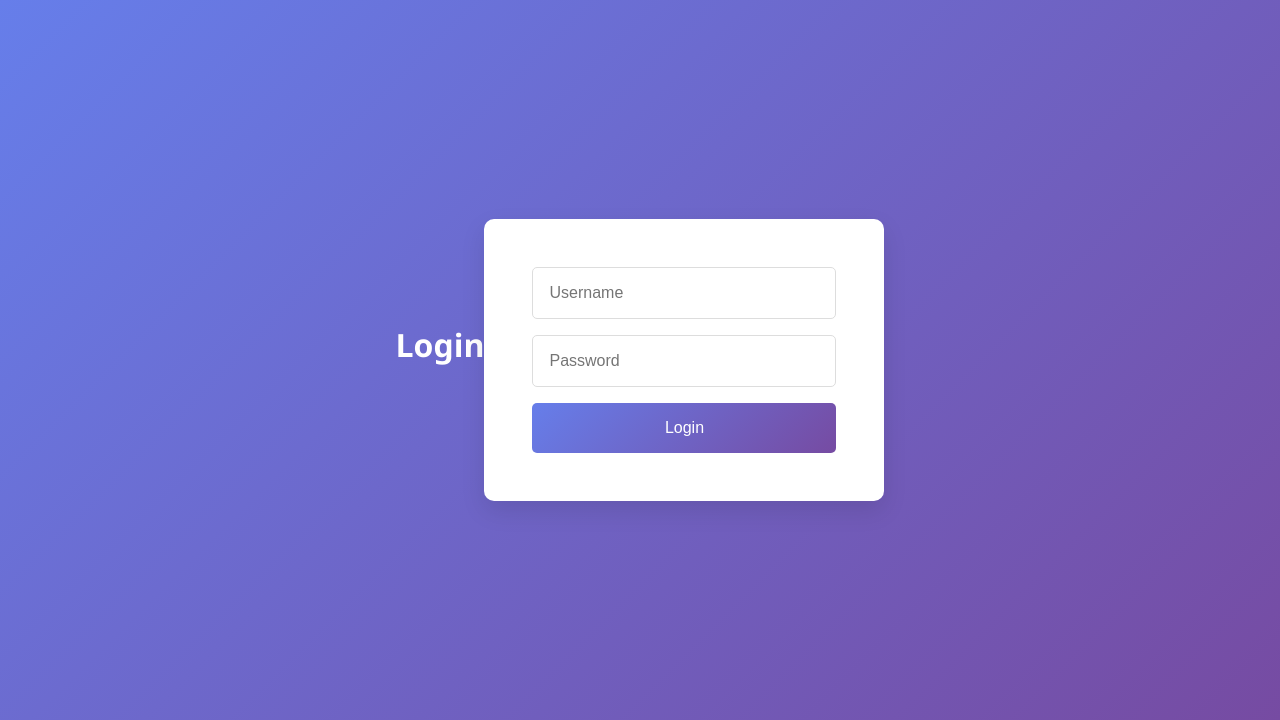
Repository: Ndegwa2/Kenyatta
Page: / (app in hospital-system/frontend/)
An editor plug-in stored every save of this project. The page is shown before and after the next save, followed by the edit.
The browser window is 1280 px wide. The pictures show the whole page.
The project was rebuilt for these pictures with package versions that can differ from the ones it lists, and the page was loaded fresh each time. Also part of the build but not shown: hospital-system/frontend/src/components/Navbar.jsx, hospital-system/frontend/src/components/Sidebar.jsx, hospital-system/frontend/src/components/TicketCard.jsx, hospital-system/frontend/src/services/api.js, hospital-system/frontend/src/pages/PatientDashboard.jsx, hospital-system/frontend/src/pages/DepartmentDashboard.jsx, hospital-system/frontend/src/pages/AdminDashboard.jsx, hospital-system/frontend/src/pages/CasualDashboard.jsx.

Above is the page before, as saved 2025-10-19 17:19:29.

### hospital-system/frontend/public/index.html
<!DOCTYPE html>
<html lang="en">
<head>
    <meta charset="UTF-8">
    <meta name="viewport" content="width=device-width, initial-scale=1.0">
    <title>Hospital Management System</title>
</head>
<body>
    <div id="root"></div>
</body>
</html>

### hospital-system/frontend/src/App.jsx
import React from 'react';
import { BrowserRouter as Router, Routes, Route } from 'react-router-dom';
import './App.css';
import Login from './pages/Login';
import PatientDashboard from './pages/PatientDashboard';
import DepartmentDashboard from './pages/DepartmentDashboard';
import AdminDashboard from './pages/AdminDashboard';
import CasualDashboard from './pages/CasualDashboard';

function App() {
  return (
    <Router future={{
      v7_startTransition: true,
      v7_relativeSplatPath: true
    }}>
      <div className="App">
        <Routes>
          <Route path="/" element={<Login />} />
          <Route path="/patient" element={<PatientDashboard />} />
          <Route path="/department" element={<DepartmentDashboard />} />
          <Route path="/admin" element={<AdminDashboard />} />
          <Route path="/casual" element={<CasualDashboard />} />
          <Route path="*" element={<Login />} />
        </Routes>
      </div>
    </Router>
  );
}

export default App;

### hospital-system/frontend/src/App.css
/* Global Styles */
* {
  margin: 0;
  padding: 0;
  box-sizing: border-box;
}

body {
  font-family: 'Segoe UI', Tahoma, Geneva, Verdana, sans-serif;
  background-color: #f5f5f5;
  color: #333;
}

.App {
  min-height: 100vh;
}

/* Login Styles */
.login {
  display: flex;
  justify-content: center;
  align-items: center;
  min-height: 100vh;
  background: linear-gradient(135deg, #667eea 0%, #764ba2 100%);
}

.login h2 {
  text-align: center;
  margin-bottom: 2rem;
  color: #fff;
  font-size: 2rem;
}

.login form {
  background: white;
  padding: 3rem;
  border-radius: 10px;
  box-shadow: 0 10px 25px rgba(0, 0, 0, 0.1);
  width: 100%;
  max-width: 400px;
}

.login input {
  width: 100%;
  padding: 1rem;
  margin-bottom: 1rem;
  border: 1px solid #ddd;
  border-radius: 5px;
  font-size: 1rem;
}

.login input:focus {
  outline: none;
  border-color: #667eea;
  box-shadow: 0 0 0 2px rgba(102, 126, 234, 0.1);
}

.login button {
  width: 100%;
  padding: 1rem;
  background: linear-gradient(135deg, #667eea 0%, #764ba2 100%);
  color: white;
  border: none;
  border-radius: 5px;
  font-size: 1rem;
  cursor: pointer;
  transition: transform 0.2s;
}

.login button:hover {
  transform: translateY(-2px);
}

/* Dashboard Styles */
.dashboard {
  display: flex;
  min-height: 100vh;
}

.content {
  display: flex;
  flex: 1;
}

main {
  flex: 1;
  padding: 2rem;
  background-color: #f8f9fa;
}

/* Navbar Styles */
.navbar {
  background: white;
  padding: 1rem 2rem;
  box-shadow: 0 2px 4px rgba(0, 0, 0, 0.1);
  margin-bottom: 2rem;
  border-radius: 8px;
}

.navbar h1 {
  color: #667eea;
}

/* Sidebar Styles */
.sidebar {
  width: 250px;
  background: white;
  padding: 2rem 1rem;
  box-shadow: 2px 0 4px rgba(0, 0, 0, 0.1);
}

.sidebar nav ul {
  list-style: none;
}

.sidebar nav li {
  margin-bottom: 1rem;
}

.sidebar nav a {
  display: block;
  padding: 0.75rem 1rem;
  text-decoration: none;
  color: #333;
  border-radius: 5px;
  transition: background-color 0.2s;
}

.sidebar nav a:hover,
.sidebar nav a.active {
  background-color: #667eea;
  color: white;
}

/* Card Styles */
.ticket-card {
  background: white;
  padding: 1.5rem;
  border-radius: 8px;
  box-shadow: 0 2px 4px rgba(0, 0, 0, 0.1);
  margin-bottom: 1rem;
  transition: transform 0.2s, box-shadow 0.2s;
}

.ticket-card:hover {
  transform: translateY(-2px);
  box-shadow: 0 4px 8px rgba(0, 0, 0, 0.15);
}

.ticket-card h3 {
  color: #667eea;
  margin-bottom: 0.5rem;
}

.ticket-card p {
  color: #666;
  margin-bottom: 0.5rem;
}

/* Status Badges */
.status-open {
  background-color: #28a745;
  color: white;
  padding: 0.25rem 0.5rem;
  border-radius: 12px;
  font-size: 0.75rem;
}

.status-in-progress {
  background-color: #ffc107;
  color: #212529;
  padding: 0.25rem 0.5rem;
  border-radius: 12px;
  font-size: 0.75rem;
}

.status-closed {
  background-color: #6c757d;
  color: white;
  padding: 0.25rem 0.5rem;
  border-radius: 12px;
  font-size: 0.75rem;
}

/* Button Styles */
.btn {
  padding: 0.5rem 1rem;
  border: none;
  border-radius: 5px;
  cursor: pointer;
  font-size: 0.9rem;
  transition: background-color 0.2s;
}

.btn-primary {
  background-color: #667eea;
  color: white;
}

.btn-primary:hover {
  background-color: #5a6fd8;
}

.btn-secondary {
  background-color: #6c757d;
  color: white;
}

.btn-secondary:hover {
  background-color: #5a6268;
}

/* Form Styles */
.form-group {
  margin-bottom: 1rem;
}

.form-group label {
  display: block;
  margin-bottom: 0.5rem;
  font-weight: 500;
}

.form-control {
  width: 100%;
  padding: 0.75rem;
  border: 1px solid #ddd;
  border-radius: 5px;
  font-size: 1rem;
}

.form-control:focus {
  outline: none;
  border-color: #667eea;
  box-shadow: 0 0 0 2px rgba(102, 126, 234, 0.1);
}

/* Utility Classes */
.text-center {
  text-align: center;
}

.mb-3 {
  margin-bottom: 1rem;
}

.mt-3 {
  margin-top: 1rem;
}

.d-flex {
  display: flex;
}

.justify-between {
  justify-content: space-between;
}

.align-center {
  align-items: center;
}

/* Responsive Design */
@media (max-width: 768px) {
  .content {
    flex-direction: column;
  }

  .sidebar {
    width: 100%;
    order: 2;
  }

  main {
    order: 1;
  }

  .login form {
    padding: 2rem;
  }
}

### hospital-system/frontend/src/pages/Login.jsx
import React, { useState } from 'react';
import { useNavigate } from 'react-router-dom';
import { auth } from '../services/auth';

const Login = () => {
  const [username, setUsername] = useState('');
  const [password, setPassword] = useState('');
  const navigate = useNavigate();

  const handleLogin = async (e) => {
    e.preventDefault();
    try {
      const data = await auth.login(username, password);
      // Redirect based on role
      if (data.role && ['patient', 'department', 'admin', 'casual'].includes(data.role)) {
        navigate(`/${data.role}`);
      } else {
        // Default to admin dashboard if role is not recognized
        navigate('/admin');
      }
    } catch (error) {
      alert(error.message || 'Login failed');
    }
  };

  return (
    <div className="login">
      <h2>Login</h2>
      <form onSubmit={handleLogin}>
        <input
          type="text"
          placeholder="Username"
          value={username}
          onChange={(e) => setUsername(e.target.value)}
        />
        <input
          type="password"
          placeholder="Password"
          value={password}
          onChange={(e) => setPassword(e.target.value)}
        />
        <button type="submit">Login</button>
      </form>
    </div>
  );
};

export default Login;

### hospital-system/frontend/src/services/auth.js
const API_BASE_URL = 'http://localhost:5000';

export const auth = {
  login: (username, password) => {
    return fetch(`${API_BASE_URL}/auth/login`, {
      method: 'POST',
      headers: { 'Content-Type': 'application/json' },
      body: JSON.stringify({ username, password }),
      credentials: 'include'
    }).then(res => res.json());
  },
  logout: () => {
    return fetch(`${API_BASE_URL}/auth/logout`, {
      method: 'POST',
      credentials: 'include'
    }).then(res => res.json());
  },
};

Loaded but not shown: hospital-system/frontend/src/index.js (common file)

After the next save:
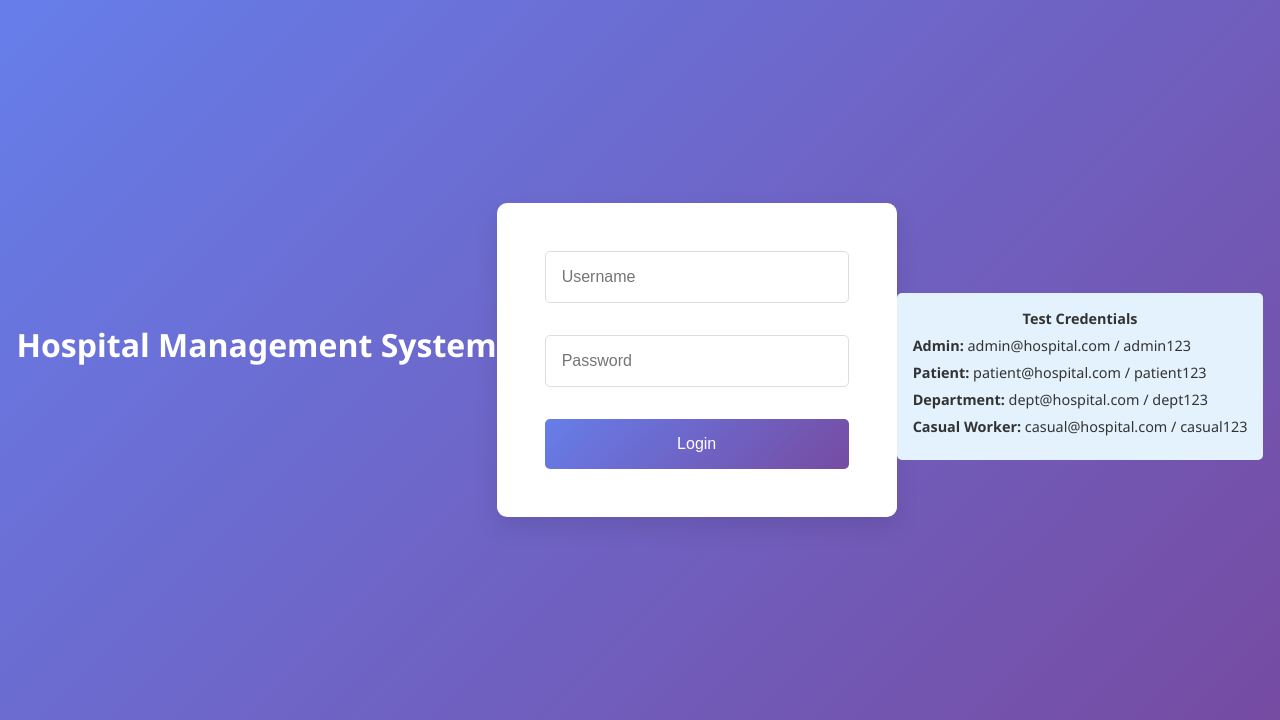
Saved 4 min 46 s later.
--- a/hospital-system/frontend/src/pages/Login.jsx
+++ b/hospital-system/frontend/src/pages/Login.jsx
@@ -5,10 +5,22 @@ import { auth } from '../services/auth';
 const Login = () => {
   const [username, setUsername] = useState('');
   const [password, setPassword] = useState('');
+  const [loading, setLoading] = useState(false);
+  const [error, setError] = useState('');
   const navigate = useNavigate();
 
   const handleLogin = async (e) => {
     e.preventDefault();
+
+    // Basic validation
+    if (!username || !password) {
+      setError('Please enter both username and password');
+      return;
+    }
+
+    setLoading(true);
+    setError('');
+
     try {
       const data = await auth.login(username, password);
       // Redirect based on role
@@ -19,28 +31,69 @@ const Login = () => {
         navigate('/admin');
       }
     } catch (error) {
-      alert(error.message || 'Login failed');
+      setError(error.message || 'Login failed. Please check your credentials.');
+    } finally {
+      setLoading(false);
     }
   };
 
+  // Sample credentials for testing
+  const sampleCredentials = [
+    { role: 'Admin', username: 'admin@hospital.com', password: 'admin123' },
+    { role: 'Patient', username: 'patient@hospital.com', password: 'patient123' },
+    { role: 'Department', username: 'dept@hospital.com', password: 'dept123' },
+    { role: 'Casual Worker', username: 'casual@hospital.com', password: 'casual123' }
+  ];
+
   return (
     <div className="login">
-      <h2>Login</h2>
+      <h2>Hospital Management System</h2>
       <form onSubmit={handleLogin}>
-        <input
-          type="text"
-          placeholder="Username"
-          value={username}
-          onChange={(e) => setUsername(e.target.value)}
-        />
-        <input
-          type="password"
-          placeholder="Password"
-          value={password}
-          onChange={(e) => setPassword(e.target.value)}
-        />
-        <button type="submit">Login</button>
+        <div className="form-group">
+          <input
+            type="text"
+            placeholder="Username"
+            value={username}
+            onChange={(e) => setUsername(e.target.value)}
+            className="form-control"
+            disabled={loading}
+          />
+        </div>
+        <div className="form-group">
+          <input
+            type="password"
+            placeholder="Password"
+            value={password}
+            onChange={(e) => setPassword(e.target.value)}
+            className="form-control"
+            disabled={loading}
+          />
+        </div>
+        {error && (
+          <div style={{ color: '#e74c3c', marginBottom: '1rem', textAlign: 'center' }}>
+            {error}
+          </div>
+        )}
+        <button type="submit" className="btn btn-primary" disabled={loading}>
+          {loading ? 'Logging in...' : 'Login'}
+        </button>
       </form>
+
+      {/* Sample credentials for testing */}
+      <div style={{
+        marginTop: '2rem',
+        padding: '1rem',
+        backgroundColor: '#e3f2fd',
+        borderRadius: '5px',
+        fontSize: '0.9rem'
+      }}>
+        <h4 style={{ textAlign: 'center', marginBottom: '0.5rem' }}>Test Credentials</h4>
+        {sampleCredentials.map((cred, index) => (
+          <div key={index} style={{ marginBottom: '0.5rem' }}>
+            <strong>{cred.role}:</strong> {cred.username} / {cred.password}
+          </div>
+        ))}
+      </div>
     </div>
   );
 };
